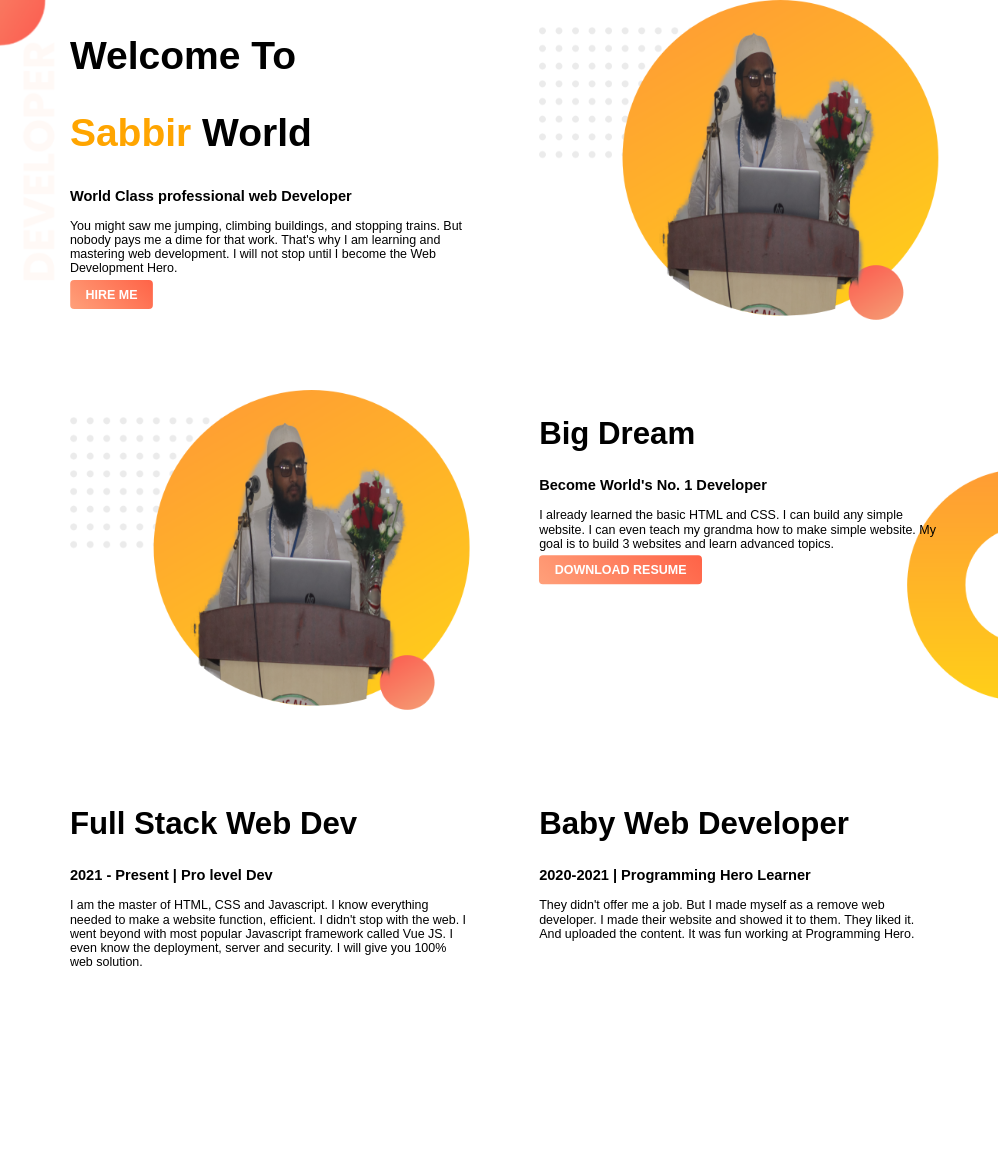
Repository: sabbircse3/web-protfolio
Page: index.html
An editor plug-in stored every save of this project. The page is shown before and after a run of saves, followed by the edit.
The browser window is 1280 px wide. The pictures show the whole page, at 78% of full size.

Above is the page before, as saved 2021-01-04 10:38:17.

After the next 2 saves:
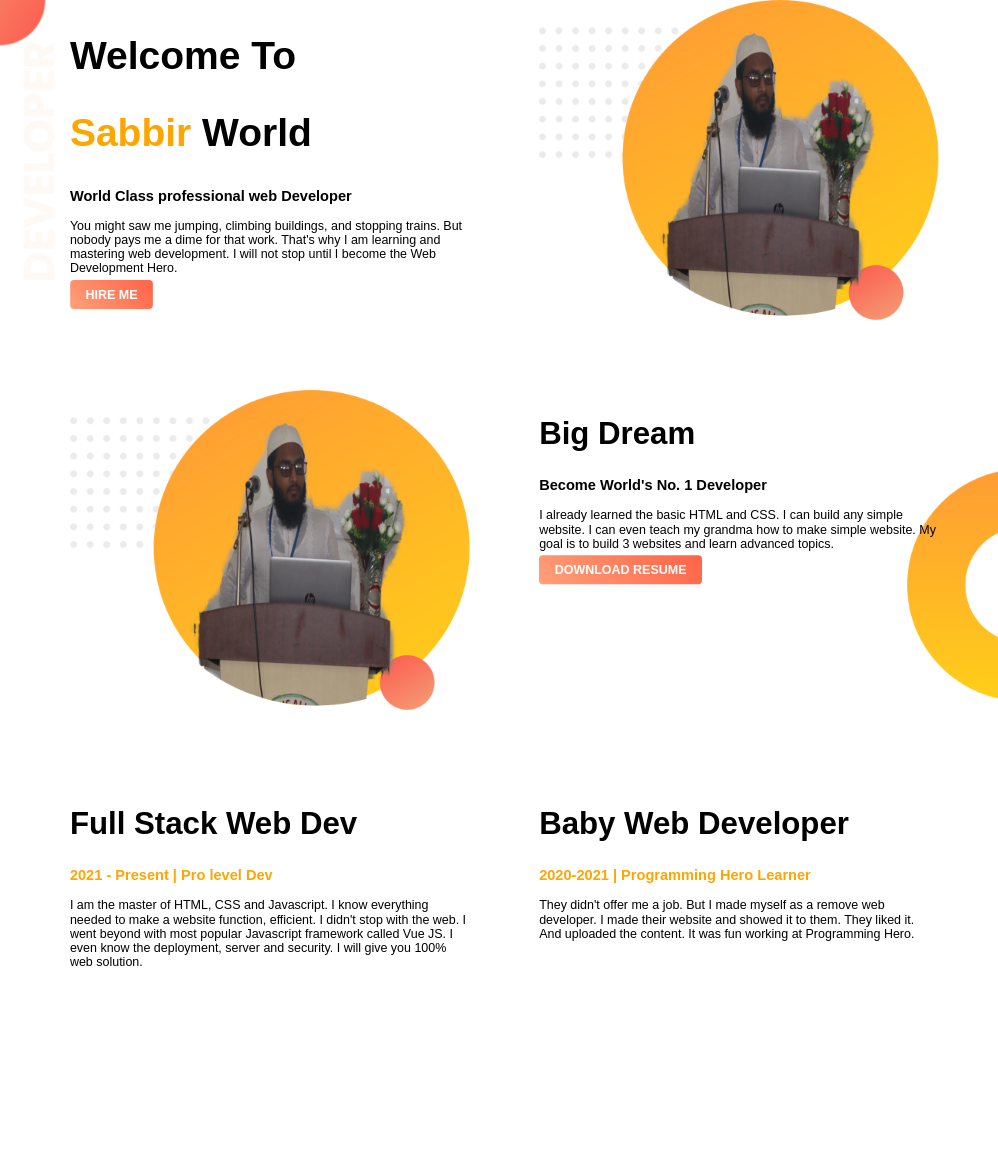
The 2 saves are shown as one change because they came seconds apart.
The last was saved 13 s later.
--- a/style.css
+++ b/style.css
@@ -43,4 +43,6 @@
 .experience-area{
 
 }
-.orange-highlight
+.orange-highlight{
+    color: orange;
+}
